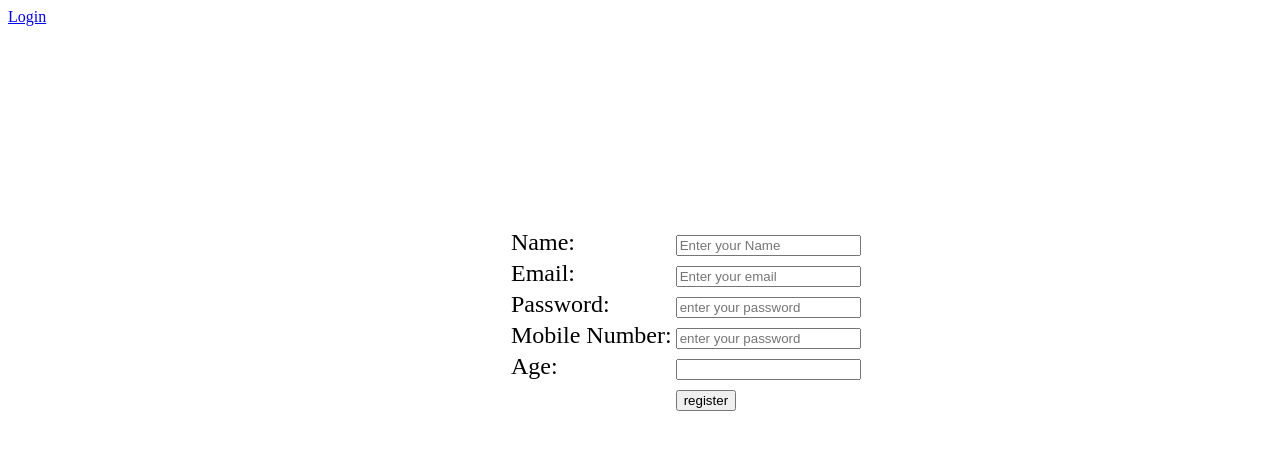
Repository: SagarPurumala/SagarPurumala_25_empwebapp
Page: empwebapp/src/main/webapp/addEmployee.html
The author's editor kept a copy of each file at every save. The page is drawn from the files as they stood at one save, then again after the next save.
The browser window is 1280 px wide. The pictures show the whole page.

Above is the page before, as saved 2020-06-19 11:12:49.

After the next save:
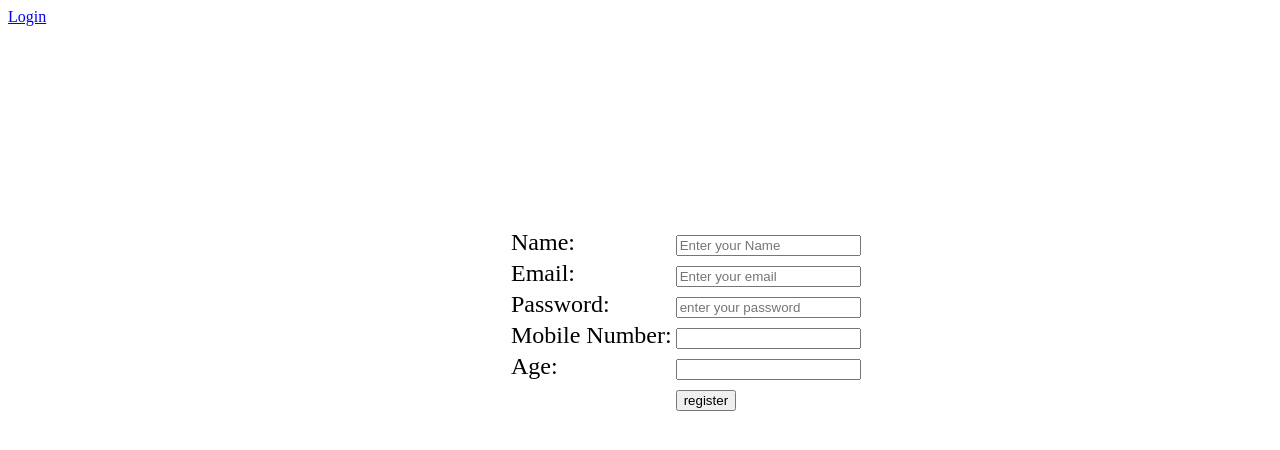
Saved 8 min 25 s later.
--- a/empwebapp/src/main/webapp/addEmployee.html
+++ b/empwebapp/src/main/webapp/addEmployee.html
@@ -26,7 +26,7 @@
 	</tr>
 	<tr>
 	<td>Mobile Number:</td>
-	<td><input name="mobile" type ="number" placeholder="enter your password"></td>
+	<td><input name="mobile" type ="number" ></td>
 	</tr>
 	<tr>
 	<td>Age:</td>
